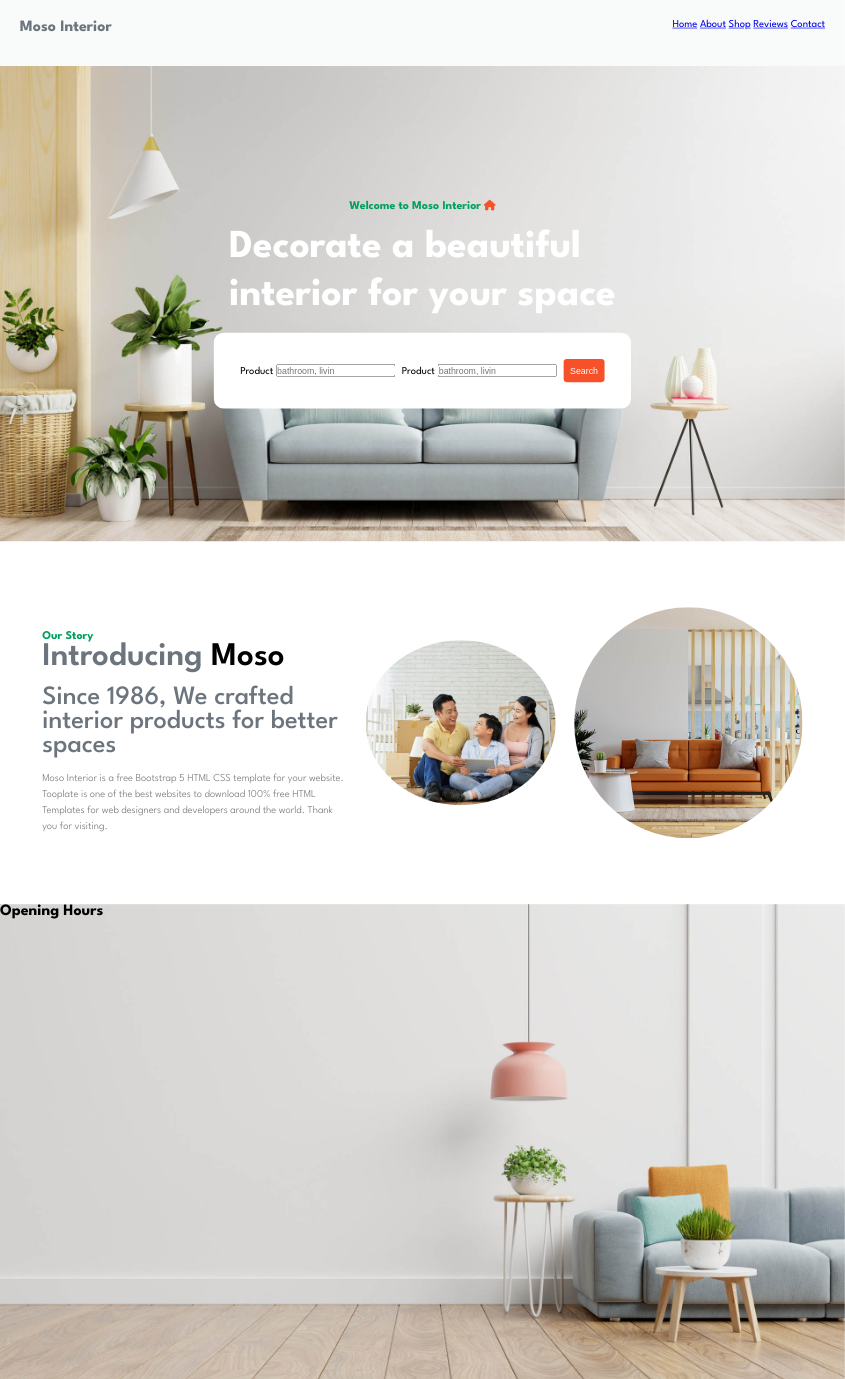
Repository: mariamnabil23/furniture
Page: index.html
An editor plug-in stored every save of this project. The page is shown before and after a run of saves, followed by the edit.
The browser window is 1280 px wide. The pictures show the whole page, at 66% of full size.
Some web fonts or font styles are not loaded; a fallback is used.

Above is the page before, as saved 2024-10-30 16:45:59.

### index.html
<!DOCTYPE html>
<html lang="en">

<head>
    <meta charset="UTF-8">
    <meta name="viewport" content="width=device-width, initial-scale=1.0">
    <title>Furnture</title>

    <!-- font awesome -->
    <link rel="stylesheet" href="https://cdnjs.cloudflare.com/ajax/libs/font-awesome/6.0.0-beta3/css/all.min.css">

    <!-- google font -->
    <link rel="preconnect" href="https://fonts.googleapis.com">
    <link rel="preconnect" href="https://fonts.gstatic.com" crossorigin>
    <link
        href="https://fonts.googleapis.com/css2?family=Anton&family=DM+Sans:ital,opsz,wght@0,9..40,100..1000;1,9..40,100..1000&family=Inter:wght@100..900&family=Karla:ital,wght@0,200..800;1,200..800&family=League+Spartan:wght@100..900&family=Montserrat:ital,wght@0,100..900;1,100..900&family=Nunito:ital,wght@0,200..1000;1,200..1000&family=Playwrite+GB+S:ital,wght@0,100..400;1,100..400&family=Saira+Semi+Condensed:wght@100;200;300;400;500;600;700;800;900&family=Sorts+Mill+Goudy:ital@0;1&family=Tajawal:wght@200;300;400;500;700;800;900&family=Work+Sans:ital,wght@0,100..900;1,100..900&family=Yellowtail&family=Zen+Dots&display=swap"
        rel="stylesheet">


    <link rel="stylesheet" href="style.css">
</head>

<body>
    <div class="container">
        <div class="navbar">
            <div class="left">
                <h2>Moso Interior</h2>
            </div>
            <div class="right">
                <ul>
                    <li><a href="#">Home</a></li>
                    <li><a href="#">About</a></li>
                    <li><a href="#">Shop</a></li>
                    <li><a href="#">Reviews</a></li>
                    <li><a href="#">Contact</a></li>
                </ul>
            </div>
        </div>

        <!-- home section -->
        <section class="home">
            <div class="content">
                <div class="top">
                    <h5>Welcome to Moso Interior</h5>
                    <i class="fas fa-home"></i>
                </div>
                <div class="middle">
                    <h1>Decorate a beautiful <br> interior for your space</h1>
                </div>
                <div class="bottom">
                    <div class="l">
                        <label>Product</label>
                        <input placeholder="bathroom, livin">
                    </div>
                    <div class="r">
                        <label>Product</label>
                        <input placeholder="bathroom, livin">
                    </div>
                    <div class="btn">
                        <button>Search</button>
                    </div>
                    <div class="down"><i class="fas fa-arrow"></i></div>
                </div>
            </div>
        </section>

        <!-- about section -->
        <section class="about">
            <div class="content">
                <div class="left">
                    <h5>Our Story</h5>
                    <h1>Introducing <span>Moso</span></h1>
                    <h2>Since 1986, We crafted <br> interior products for better <br> spaces</h2>
                    <p>Moso Interior is a free Bootstrap 5 HTML CSS template for your website. Tooplate is one of the
                        best websites to download 100% free HTML Templates for web designers and developers around the
                        world. Thank you for visiting.</p>
                </div>
                <div class="middle">
                    <img src="/images/about1.jpg">
                </div>
                <div class="right">
                    <img src="/images/about2.jpg">
                </div>
            </div>
        </section>

        <!-- open section -->
        <section class="open">
            <div class="content">
                <h1>Opening Hours</h1>
                <div class="box">
                    <div class="hours">

                    </div>
                </div>
            </div>
        </section>
    </div>
</body>

</html>

### style.css
@import url('https://fonts.googleapis.com/css2?family=Anton&family=DM+Sans:ital,opsz,wght@0,9..40,100..1000;1,9..40,100..1000&family=Inter:wght@100..900&family=Karla:ital,wght@0,200..800;1,200..800&family=League+Spartan:wght@100..900&family=Montserrat:ital,wght@0,100..900;1,100..900&family=Nunito:ital,wght@0,200..1000;1,200..1000&family=Playwrite+GB+S:ital,wght@0,100..400;1,100..400&family=Saira+Semi+Condensed:wght@100;200;300;400;500;600;700;800;900&family=Sorts+Mill+Goudy:ital@0;1&family=Tajawal:wght@200;300;400;500;700;800;900&family=Work+Sans:ital,wght@0,100..900;1,100..900&family=Yellowtail&family=Zen+Dots&display=swap');


*{
    box-sizing: border-box;
    padding: 0;
    margin: 0;
}
body{
    font-family: "League Spartan", sans-serif;
}
ul{
    list-style: none;
}

.navbar{
    width: 100%;
    height: 100px;
    background-color: rgb(249, 251, 251);
    padding: 30px;
}
.navbar .left{
    float: left;
    display: inline;
}
.navbar .right{
    float: right;
    display: inline;
}
.navbar .right ul li{
    display: inline;
}


/* home */
.home{
    width: 100%;
    height: 100vh;
    background-image: url("/images/home-bg-1.jpg");
    background-size: cover;
    display: flex;
    flex-direction: column;
    align-items: center;
    justify-content: center;
    align-items: center;
}
.home .content{
    display: flex;
    flex-direction: column;
    align-items: center;
    justify-content: center;
    align-items: center;
}
.home .top h5{
    display: inline;
    color: #00a05d;
    font-size: 18px;
}
.home .top i{
    color: #f65129;
}
.home .middle h1{
    color: white;
    font-size: 60px;
    margin: 20px 0;
    line-height: 1.2;
}
.home .bottom {
    background: white;
    border-radius: 15px;
    padding: 40px;
    display: flex;
}
.home .bottom .l,
.home .bottom .r{
    margin: auto;
}
.home .bottom .r,
.home .bottom .btn{
    padding-left: 10px;
}
.home .bottom button{
    background: #f65129;
    padding: 10px;
    color: white;
    border: none;
    border-radius: 5px;
}


/* about */

.about{

}
.about .content{
    display: flex;
    justify-content: space-between;
    align-items: center;
    width: 90%;
    margin: 100px auto;
}
.about .left{
    width: 40%;
    height: 280px;
}
.about .left h5{
    color: #00a05d;
    font-size: 18px;
}
.about .middle{
    width: 25%;
    height: 250px;
}
.about .middle img{
    width: 100%;
    height: 100%;
    object-fit: cover;
    border-radius: 100%;
}
.about .right{
    width: 30%;
    height: 350px;
}
.about .right img{
    width: 100%;
    height: 100%;
    object-fit: cover;
    border-radius: 100%;
}
.about .left h1, h2{
    color: #6c757d;
}
.about .left h1{
    font-size: 50px;
    font-weight: 600;
}
.about .left h2{
    font-size: 40px;
    font-weight: 500;
    margin: 20px 0;

}
.about .left span{
    color: black;
}
.about .left p{
    color: #717275;
    font-size: 16px;
    font-weight: 300;
    line-height: 1.5;
}

/* open */
.open{
    width: 100%;
    height: 100vh;
    background-image: url('/images/open-bg.jpg');
    background-size: cover;

}
.open .content{

}
.open h1{

}
.open .box .hours{
    display: inline;
}

After the next 2 saves:
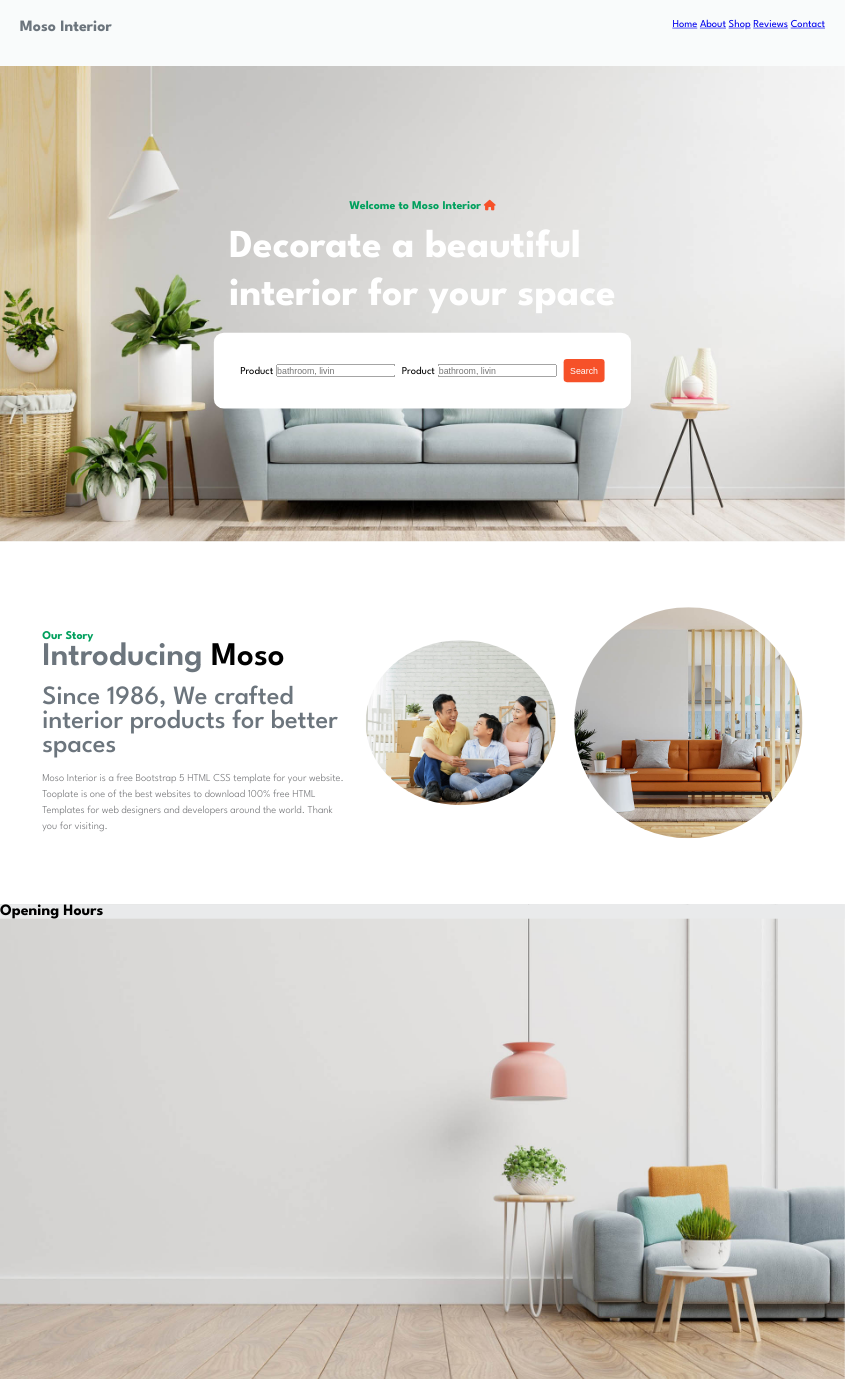
The 2 saves are shown as one change because they came seconds apart.
The last was saved 32 s later.
--- a/style.css
+++ b/style.css
@@ -160,7 +160,7 @@ ul{
 
 }
 .open .content{
-
+    background-color: #e9eaeb;
 }
 .open h1{
 
